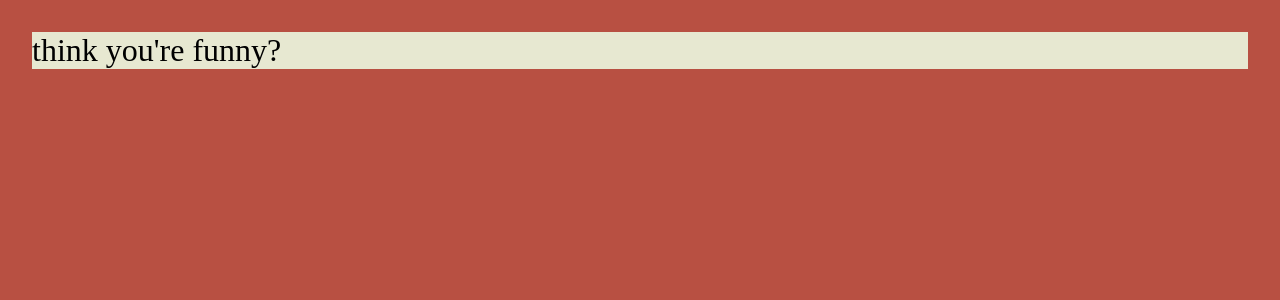
Repository: elchananChen/joke-api
Page: Client/index.html
An editor plug-in stored every save of this project. The page is shown before and after the next save, followed by the edit.
The browser window is 1280 px wide. The pictures show the whole page.
The page's requests for data from a server got no answer.

Above is the page before, as saved 2024-11-05 01:33:44.
Console error: TypeError: Cannot read properties of undefined (reading 'forEach')

After the next save:
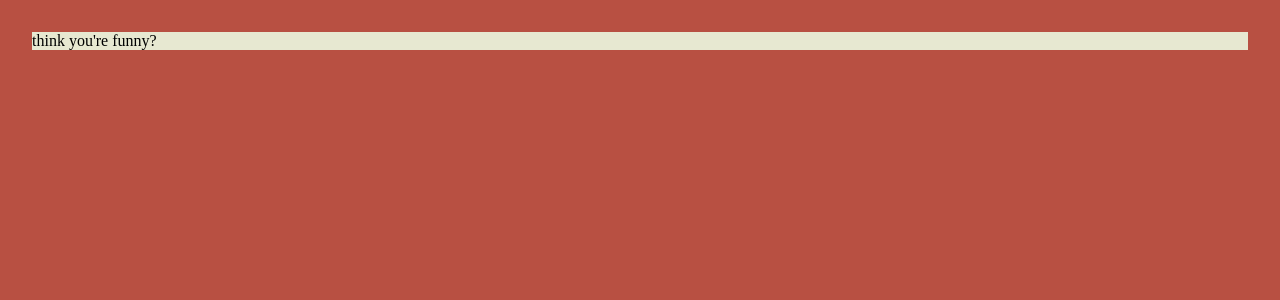
Saved 96 s later.
--- a/Client/styles.css
+++ b/Client/styles.css
@@ -15,7 +15,7 @@ article {
 }
 
 h1 {
-  font-size: 2rem;
+  font-size: 1.5xrem;
 }
 
 main {
